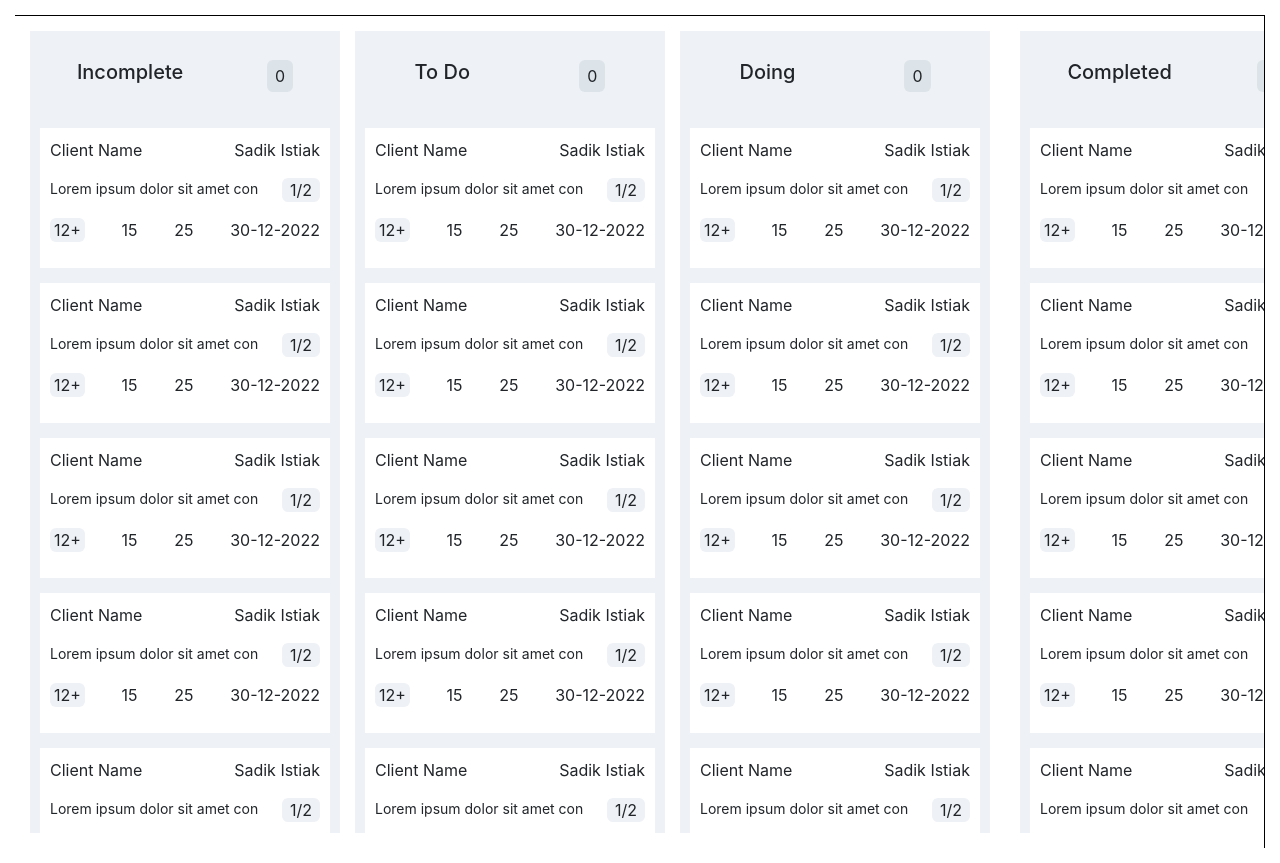
Repository: Sharif-00112/dashboard-task-frontend
Page: /
These files come from the project's save history. The page is drawn as it stood at one moment and after the next save; the edit follows.
The browser window is 1280 px wide. The pictures show the whole page.
The project was rebuilt for these pictures with package versions that can differ from the ones it lists, and the page was loaded fresh each time.

Above is the page before, as saved 2023-01-29 20:49:31.

### public/index.html
<!DOCTYPE html>
<html lang="en">
  <head>
    <meta charset="utf-8" />
    <link rel="icon" href="%PUBLIC_URL%/favicon.ico" />
    <meta name="viewport" content="width=device-width, initial-scale=1" />
    <meta name="theme-color" content="#000000" />
    <meta
      name="description"
      content="Web site created using create-react-app"
    />
    <!-- <script src="https://kit.fontawesome.com/eb9242a349.js" crossorigin="anonymous"></script>
    <link rel="stylesheet" href="https://kit.fontawesome.com/eb9242a349.css" crossorigin="anonymous"> -->

    <link rel="apple-touch-icon" href="%PUBLIC_URL%/logo192.png" />
    <!--
      manifest.json provides metadata used when your web app is installed on a
      user's mobile device or desktop. See https://developers.google.com/web/fundamentals/web-app-manifest/
    -->
    <link rel="manifest" href="%PUBLIC_URL%/manifest.json" />
    <!--
      Notice the use of %PUBLIC_URL% in the tags above.
      It will be replaced with the URL of the `public` folder during the build.
      Only files inside the `public` folder can be referenced from the HTML.

      Unlike "/favicon.ico" or "favicon.ico", "%PUBLIC_URL%/favicon.ico" will
      work correctly both with client-side routing and a non-root public URL.
      Learn how to configure a non-root public URL by running `npm run build`.
    -->
    <title>React App</title>
  </head>
  <body>
    <noscript>You need to enable JavaScript to run this app.</noscript>
    <div id="root"></div>
    <!--
      This HTML file is a template.
      If you open it directly in the browser, you will see an empty page.

      You can add webfonts, meta tags, or analytics to this file.
      The build step will place the bundled scripts into the <body> tag.

      To begin the development, run `npm start` or `yarn start`.
      To create a production bundle, use `npm run build` or `yarn build`.
    -->
  </body>
</html>

### src/index.js
import React from 'react';
import 'bootstrap/dist/css/bootstrap.css';
import ReactDOM from 'react-dom/client';
import './index.css';
import App from './App';
import reportWebVitals from './reportWebVitals';

const root = ReactDOM.createRoot(document.getElementById('root'));
root.render(
  <React.StrictMode>
    <App />
  </React.StrictMode>
);

// If you want to start measuring performance in your app, pass a function
// to log results (for example: reportWebVitals(console.log))
// or send to an analytics endpoint. Learn more: https://bit.ly/CRA-vitals
reportWebVitals();

### src/App.js
import './App.css';
import Dashboard from './Components/Dashboard';
import './Components/styles.css'

function App() {
  return (
    <div className="App">
      <Dashboard></Dashboard>
    </div>
  );
}

export default App;

### src/Components/Dashboard.js
import React from 'react';
import Incomplete from './Incomplete';
import ToDo from './ToDo';
import Doing from './Doing'
import UnderReview from './UnderReview'
import Completed from './Completed'
import Overdue from './Overdue'

const Dashboard = () => {
    return (
        <div className='dashboard landing'  style={{overflowX:"scroll"}} >
            <Incomplete></Incomplete>
            <ToDo></ToDo>
            <Doing></Doing>
            <UnderReview></UnderReview>
            <Completed></Completed>
            <Overdue></Overdue>
        </div>
    );
};

export default Dashboard;

### src/Components/styles.css
.background{
    background-color: rgb(238, 241, 245);
}

.background-top{
    background-color: rgb(220, 228, 233);
}

.section-container{
    width: 310px;
    height: 100vh;
}

.task-part{
    display: flex;
    justify-content: space-between;
}

.task-title{
    display: flex;
    justify-content: space-around;
    padding: 5px;
}

.task{
    background-color: white;
    margin: 15px 10px;
    padding: 10px;
}

.dashboard{
    display: grid;
    grid-template-columns: 1fr 1fr 1fr 1fr 1fr 1fr;
    grid-gap: 15px;
}

.landing{
    border-top: 1px solid black;
    border-right: 1px solid black;
    padding: 15px;
    margin: 15px;
    width: auto;
}

### src/Components/Incomplete.js
import React, { useState } from 'react';
import { useEffect } from 'react';
import './styles.css';
import Task from './Task';

const Incomplete = () => {
    const [tasks, setTasks] = useState([]);
    useEffect( ()=> {
        fetch('./tasks.JSON')
        .then(res => res.json())
        .then(data => setTasks(data))
    } ,[])
    return (
        <div className='background pt-4'>
            <div className="task-title">
                <h5>Incomplete</h5>
                <p className='background-top px-2 py-1 rounded'>0</p>
            </div>
            <div style={{overflowY:"scroll"}} className="section-container">
                <div className="task-container">
                    {
                        tasks.map(task => <Task
                            key={task.taskNo}
                            task={task}
                        ></Task>)
                    }
                </div>
            </div>
        </div>
    );
};

export default Incomplete;

### src/Components/ToDo.js
import React, { useState } from 'react';
import { useEffect } from 'react';
import './styles.css';
import Task from './Task';

const ToDo = () => {
    const [tasks, setTasks] = useState([]);
    useEffect( ()=> {
        fetch('./tasks.JSON')
        .then(res => res.json())
        .then(data => setTasks(data))
    } ,[])
    return (
        <div className='background pt-4'>
            <div className="task-title">
                <h5>To Do</h5>
                <p className='background-top px-2 py-1 rounded'>0</p>
            </div>
            <div style={{overflowY:"scroll"}} className="section-container">
                <div className="task-container">
                    {
                        tasks.map(task => <Task
                            key={task.taskNo}
                            task={task}
                        ></Task>)
                    }
                </div>
            </div>
        </div>
    );
};

export default ToDo;

### src/Components/Doing.js
import React, { useState } from 'react';
import { useEffect } from 'react';
import './styles.css';
import Task from './Task';

const Doing = () => {
    const [tasks, setTasks] = useState([]);
    useEffect( ()=> {
        fetch('./tasks.JSON')
        .then(res => res.json())
        .then(data => setTasks(data))
    } ,[])
    return (
        <div className='background pt-4'>
            <div className="task-title">
                <h5>Doing</h5>
                <p className='background-top px-2 py-1 rounded'>0</p>
            </div>
            <div style={{overflowY:"scroll"}} className="section-container">
                <div className="task-container">
                    {
                        tasks.map(task => <Task
                            key={task.taskNo}
                            task={task}
                        ></Task>)
                    }
                </div>
            </div>
        </div>
    );
};

export default Doing;

### src/Components/UnderReview.js
import React from 'react';

const UnderReview = () => {
    return (
        <div>

        </div>
    );
};

export default UnderReview;

### src/Components/Completed.js
import React, { useState } from 'react';
import { useEffect } from 'react';
import './styles.css';
import Task from './Task';

const Completed = () => {
    const [tasks, setTasks] = useState([]);
    useEffect( ()=> {
        fetch('./tasks.JSON')
        .then(res => res.json())
        .then(data => setTasks(data))
    } ,[])
    return (
        <div className='background pt-4'>
            <div className="task-title">
                <h5>Completed</h5>
                <p className='background-top px-2 py-1 rounded'>0</p>
            </div>
            <div style={{overflowY:"scroll"}} className="section-container">
                <div className="task-container">
                    {
                        tasks.map(task => <Task
                            key={task.taskNo}
                            task={task}
                        ></Task>)
                    }
                </div>
            </div>
        </div>
    );
};

export default Completed;

### src/Components/Overdue.js
import React, { useState } from 'react';
import { useEffect } from 'react';
import './styles.css';
import Task from './Task';

const Overdue = () => {
    const [tasks, setTasks] = useState([]);
    useEffect( ()=> {
        fetch('./tasks.JSON')
        .then(res => res.json())
        .then(data => setTasks(data))
    } ,[])
    return (
        <div className='background pt-4'>
            <div className="task-title">
                <h5>Overdue</h5>
                <p className='background-top px-2 py-1 rounded'>0</p>
            </div>
            <div style={{overflowY:"scroll"}} className="section-container">
                <div className="task-container">
                    {
                        tasks.map(task => <Task
                            key={task.taskNo}
                            task={task}
                        ></Task>)
                    }
                </div>
            </div>
        </div>
    );
};

export default Overdue;

### src/Components/Task.js
import React from 'react';
import './styles.css';

const Task = (props) => {
    const {clientName, clientImg, supervisorName, supervisorImg, taskSummary, progress, staff1Img, staff2Img, modules, message, attachment, date} = props.task;
    return (
        <div className='task'>
            <div className="task-part">

                <p>{clientName}</p>
                <p>{supervisorName}</p>
            </div>
            <div className="task-part">
                <small>{taskSummary.substring(0,30)}</small>
                <p className='background px-2 rounded'>{progress}</p>
            </div>
            <div className="task-part">
                <p className='background px-1 rounded'>{modules}+</p>
                <p>{message}</p>
                <p>{attachment}</p>
                <p>{date}</p>
            </div>
        </div>
    );
};

export default Task;

### public/tasks.JSON
[
  {
    "taskNo": 1,
    "clientName": "Client Name",
    "clientImg": "clientIMG.jpg",
    "supervisorName": "Sadik Istiak",
    "supervisorImg": "supervisorIMG.jpg",
    "taskSummary": "Lorem ipsum dolor sit amet consectetur adipisicing elit. Pariatur velit nemo accusamus. Dolorum, doloribus quisquam unde repellat iusto voluptatum quasi?",
    "progress": "1/2",
    "staff1Img": "staff1.jpg",
    "staff2Img": "staff2.jpg",
    "modules": 12,
    "message": 15,
    "attachment": 25,
    "date": "30-12-2022"
  },
  {
    "taskNo": 2,
    "clientName": "Client Name",
    "clientImg": "clientIMG.jpg",
    "supervisorName": "Sadik Istiak",
    "supervisorImg": "supervisorIMG.jpg",
    "taskSummary": "Lorem ipsum dolor sit amet consectetur adipisicing elit. Pariatur velit nemo accusamus. Dolorum, doloribus quisquam unde repellat iusto voluptatum quasi?",
    "progress": "1/2",
    "staff1Img": "staff1.jpg",
    "staff2Img": "staff2.jpg",
    "modules": 12,
    "message": 15,
    "attachment": 25,
    "date": "30-12-2022"
  },
  {
    "taskNo": 3,
    "clientName": "Client Name",
    "clientImg": "clientIMG.jpg",
    "supervisorName": "Sadik Istiak",
    "supervisorImg": "supervisorIMG.jpg",
    "taskSummary": "Lorem ipsum dolor sit amet consectetur adipisicing elit. Pariatur velit nemo accusamus. Dolorum, doloribus quisquam unde repellat iusto voluptatum quasi?",
    "progress": "1/2",
    "staff1Img": "staff1.jpg",
    "staff2Img": "staff2.jpg",
    "modules": 12,
    "message": 15,
    "attachment": 25,
    "date": "30-12-2022"
  },
  {
    "taskNo": 4,
    "clientName": "Client Name",
    "clientImg": "clientIMG.jpg",
    "supervisorName": "Sadik Istiak",
    "supervisorImg": "supervisorIMG.jpg",
    "taskSummary": "Lorem ipsum dolor sit amet consectetur adipisicing elit. Pariatur velit nemo accusamus. Dolorum, doloribus quisquam unde repellat iusto voluptatum quasi?",
    "progress": "1/2",
    "staff1Img": "staff1.jpg",
    "staff2Img": "staff2.jpg",
    "modules": 12,
    "message": 15,
    "attachment": 25,
    "date": "30-12-2022"
  },
  {
    "taskNo": 5,
    "clientName": "Client Name",
    "clientImg": "clientIMG.jpg",
    "supervisorName": "Sadik Istiak",
    "supervisorImg": "supervisorIMG.jpg",
    "taskSummary": "Lorem ipsum dolor sit amet consectetur adipisicing elit. Pariatur velit nemo accusamus. Dolorum, doloribus quisquam unde repellat iusto voluptatum quasi?",
    "progress": "1/2",
    "staff1Img": "staff1.jpg",
    "staff2Img": "staff2.jpg",
    "modules": 12,
    "message": 15,
    "attachment": 25,
    "date": "30-12-2022"
  },
  {
    "taskNo": 6,
    "clientName": "Client Name",
    "clientImg": "clientIMG.jpg",
    "supervisorName": "Sadik Istiak",
    "supervisorImg": "supervisorIMG.jpg",
    "taskSummary": "Lorem ipsum dolor sit amet consectetur adipisicing elit. Pariatur velit nemo accusamus. Dolorum, doloribus quisquam unde repellat iusto voluptatum quasi?",
    "progress": "1/2",
    "staff1Img": "staff1.jpg",
    "staff2Img": "staff2.jpg",
    "modules": 12,
    "message": 15,
    "attachment": 25,
    "date": "30-12-2022"
  },
  {
    "taskNo": 7,
    "clientName": "Client Name",
    "clientImg": "clientIMG.jpg",
    "supervisorName": "Sadik Istiak",
    "supervisorImg": "supervisorIMG.jpg",
    "taskSummary": "Lorem ipsum dolor sit amet consectetur adipisicing elit. Pariatur velit nemo accusamus. Dolorum, doloribus quisquam unde repellat iusto voluptatum quasi?",
    "progress": "1/2",
    "staff1Img": "staff1.jpg",
    "staff2Img": "staff2.jpg",
    "modules": 12,
    "message": 15,
    "attachment": 25,
    "date": "30-12-2022"
  },
  {
    "taskNo": 8,
    "clientName": "Client Name",
    "clientImg": "clientIMG.jpg",
    "supervisorName": "Sadik Istiak",
    "supervisorImg": "supervisorIMG.jpg",
    "taskSummary": "Lorem ipsum dolor sit amet consectetur adipisicing elit. Pariatur velit nemo accusamus. Dolorum, doloribus quisquam unde repellat iusto voluptatum quasi?",
    "progress": "1/2",
    "staff1Img": "staff1.jpg",
    "staff2Img": "staff2.jpg",
    "modules": 12,
    "message": 15,
    "attachment": 25,
    "date": "30-12-2022"
  },
  {
    "taskNo": 9,
    "clientName": "Client Name",
    "clientImg": "clientIMG.jpg",
    "supervisorName": "Sadik Istiak",
    "supervisorImg": "supervisorIMG.jpg",
    "taskSummary": "Lorem ipsum dolor sit amet consectetur adipisicing elit. Pariatur velit nemo accusamus. Dolorum, doloribus quisquam unde repellat iusto voluptatum quasi?",
    "progress": "1/2",
    "staff1Img": "staff1.jpg",
    "staff2Img": "staff2.jpg",
    "modules": 12,
    "message": 15,
    "attachment": 25,
    "date": "30-12-2022"
  },
  {
    "taskNo": 10,
    "clientName": "Client Name",
    "clientImg": "clientIMG.jpg",
    "supervisorName": "Sadik Istiak",
    "supervisorImg": "supervisorIMG.jpg",
    "taskSummary": "Lorem ipsum dolor sit amet consectetur adipisicing elit. Pariatur velit nemo accusamus. Dolorum, doloribus quisquam unde repellat iusto voluptatum quasi?",
    "progress": "1/2",
    "staff1Img": "staff1.jpg",
    "staff2Img": "staff2.jpg",
    "modules": 12,
    "message": 15,
    "attachment": 25,
    "date": "30-12-2022"
  }
]

Loaded but not shown: src/index.css (common file); src/reportWebVitals.js (common file); src/App.css (common file)

After the next save:
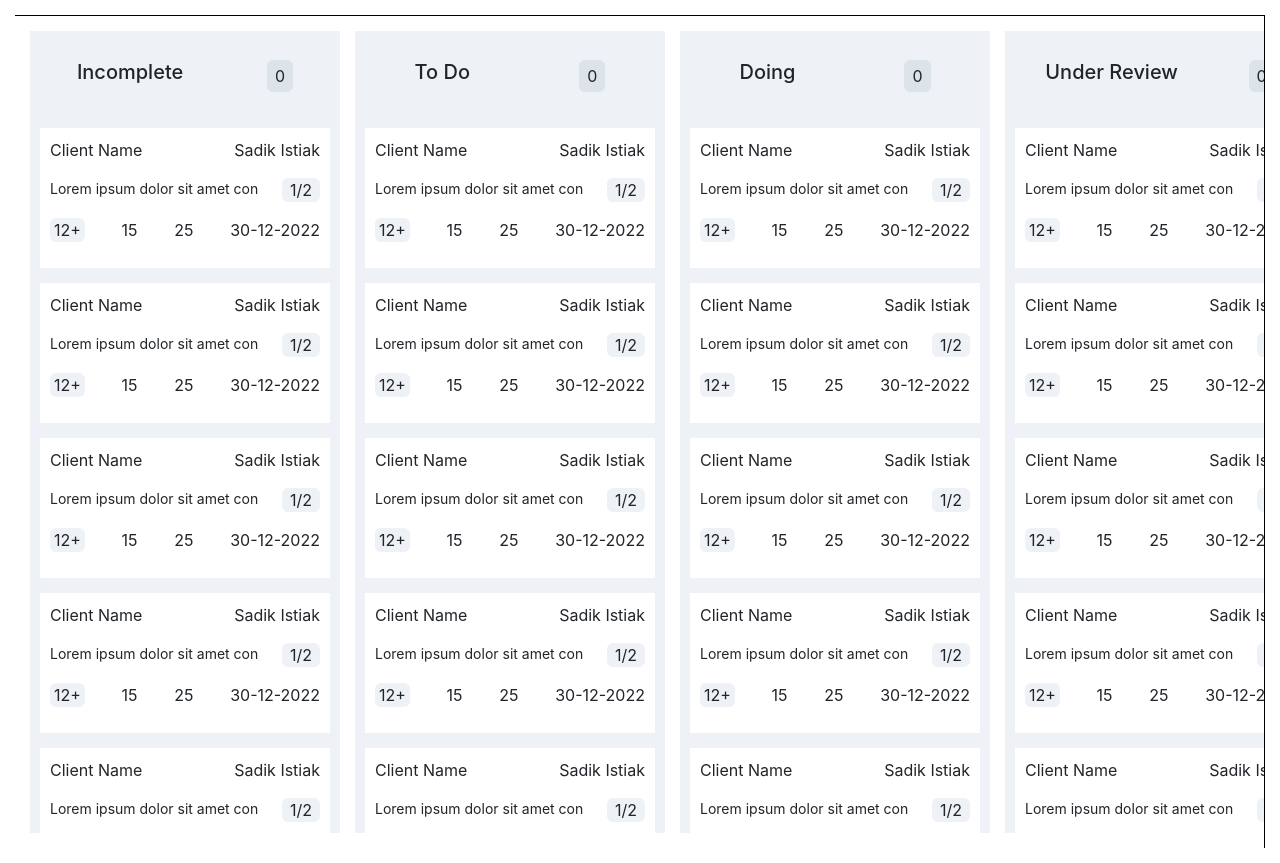
Saved 18 s later.
--- a/src/Components/UnderReview.js
+++ b/src/Components/UnderReview.js
@@ -1,9 +1,31 @@
-import React from 'react';
+import React, { useState } from 'react';
+import { useEffect } from 'react';
+import './styles.css';
+import Task from './Task';
 
 const UnderReview = () => {
+    const [tasks, setTasks] = useState([]);
+    useEffect( ()=> {
+        fetch('./tasks.JSON')
+        .then(res => res.json())
+        .then(data => setTasks(data))
+    } ,[])
     return (
-        <div>
-
+        <div className='background pt-4'>
+            <div className="task-title">
+                <h5>Under Review</h5>
+                <p className='background-top px-2 py-1 rounded'>0</p>
+            </div>
+            <div style={{overflowY:"scroll"}} className="section-container">
+                <div className="task-container">
+                    {
+                        tasks.map(task => <Task
+                            key={task.taskNo}
+                            task={task}
+                        ></Task>)
+                    }
+                </div>
+            </div>
         </div>
     );
 };
